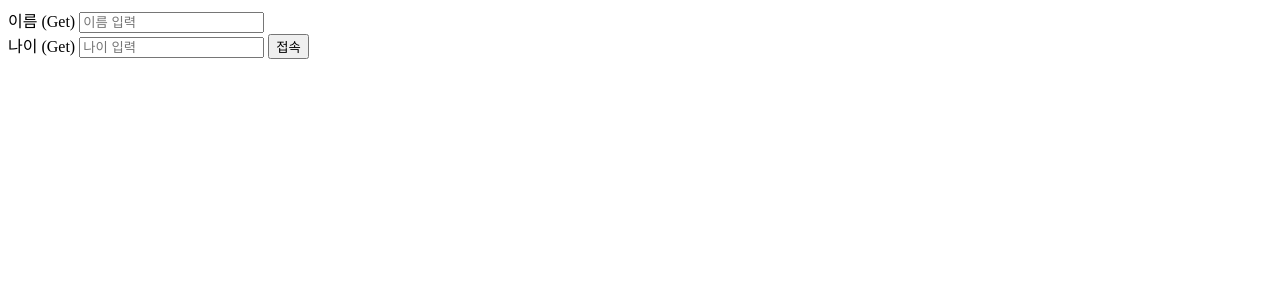
Repository: Kimth520/JSP-study
Page: http://localhost/day02_task/
These files come from the project's save history. The page is drawn as it stood at one moment and after the next save; the edit follows.
The browser window is 1280 px wide. The pictures show the whole page.
The page is served by Tomcat 9. Nobody is signed in. The application's start-up code is not run.

Above is the page before, as saved 2025-01-13 08:43:55.

After the next save:
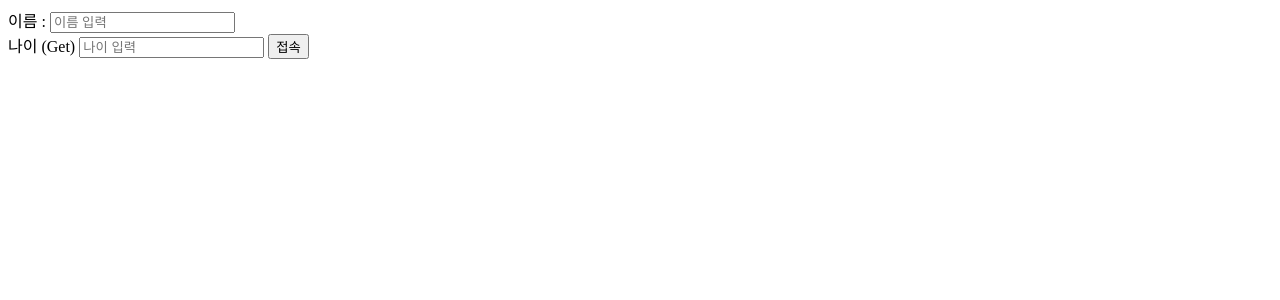
Saved 10 s later.
--- a/workspace/day02_task/src/main/webapp/index.jsp
+++ b/workspace/day02_task/src/main/webapp/index.jsp
@@ -8,7 +8,7 @@
 </head>
 <body>
 	<form action="MyServlet1" method="get">
-		<label for="name">이름 (Get)</label>
+		<label for="name">이름 : </label>
 		<input type="text" id="name" name = "userName" placeholder="이름 입력">
 		<br>
 		<label for="age">나이 (Get)</label>
